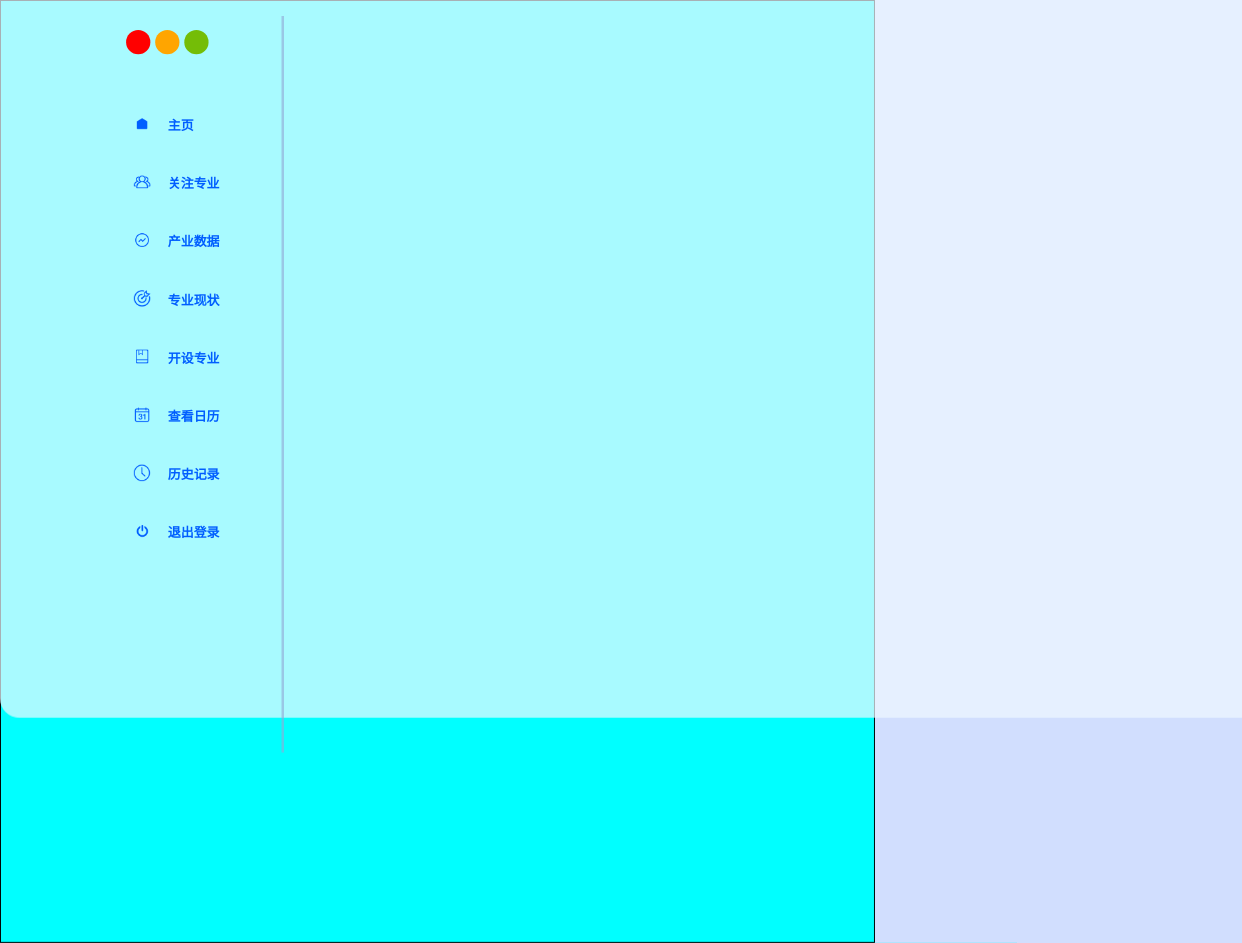
Repository: akaCSDN/test
Page: 2.1主页.html
The author's editor kept a copy of each file at every save. The page is drawn from the files as they stood at one save, then again after a run of saves.
The browser window is 1280 px wide. The pictures show the whole page, at 97% of full size.

Above is the page before, as saved 2022-12-03 21:57:17.

### 2.1主页.html
<!DOCTYPE html>
<html lang="en">
<head>
    <meta charset="UTF-8">
    <meta http-equiv="X-UA-Compatible" content="IE=edge">
    <meta name="viewport" content="width=device-width, initial-scale=1.0,minimum-scale=1.0,maximum-scale=1.0,user-scal=no">
    <title>Document</title>
    <script src="./JS/jquery-3.6.0.js"></script>
    <style type="text/css">
        *{
            margin: 0;
            padding: 0;
            border: 0;
        }
        .main{
            width: 1300px;
            height: 760px;
            /* border: 1px solid black; */
            border-radius: 20px;
            background-color: aliceblue;
            opacity: 0.7;
            position: fixed;
            top: 0;
            right: 0;
            bottom: 0;
            left: 0;
            margin: auto;

        }
        .left{
            width: 190px;
            height: 760px;
            border-radius: 20px 0px 0px 20px;
            border-right: 3px solid rgba(146, 169, 213, 0.622);
            /* border: 1px solid black; */
            position: absolute;
            margin-left: 100px;
            margin-top: 16px;
            position: fixed;
        }
        .circle-point{
            width: 100px;
            height: 30px;
            /* border: 1px solid black; */
            margin-left: 25px;
            margin-top: 15px;
        }
        .circle-point div{
            width: 25px;
            height: 25px;
            border-radius: 100% 100% 100% 100%;
            float: left;
            opacity: 1;
            /* position: absolute; */
            margin-left: 5px;

        }
        .button{
            width: auto;
            height: auto;
            /* border: 1px solid black; */
            margin-top: 50px;


        }
        .button li{
            list-style-type: none;
            /* border: 1px solid black; */
            margin-top: 25px;
            width: 150px;
            margin-left: 13px;
            border-radius: 10px;
            /* background-color: rgb(255, 255, 255); */
            /* display:none ; */

        }
        .button button{
            width: 90px;
            height: 35px;
            text-align: left;
            margin-left: 60px;
            /* color: rgba(0, 94, 255, 0.909); */
            color: #005EFF;
            font-weight: 600;
            /* margin-top: 30px; */
            background: none;
            pointer-events: fill;


        }
        .button img{
            width: 17px;
            height: 17px;
            position: absolute;
            margin-top: 8px;
            margin-left: 25px;
        }
        .right{
            width: 900px;
            height: 970px;
            border: 1px solid black;
            background-color: aqua;
        }
    </style>
</head>
<body style="background-color: rgb(209, 222, 254);">

    <div class="main">
    </div>
    <div class="left">
        <div class="circle-point">
            <div style="background-color: red;"></div>
            <div style="background-color: orange;"></div>
            <div style="background-color:rgb(116, 189, 7);"></div>
        </div>
        <div class="button">
                <li><img src="./icon/主页.png" alt=""><button>主页</button></li>
                <li><img src="./icon/专业.png" alt=""><button>关注专业</button></li>
                <li><img src="./icon/数据.png" alt=""><button>产业数据</button></li>
                <li><img src="./icon/现状.png" alt=""><button>专业现状</button></li>
                <li><img src="./icon/开设.png" alt=""><button>开设专业</button></li>
                <li><img src="./icon/日历.png" alt=""><button>查看日历</button></li>
                <li><img src="./icon/历史.png" alt=""><button>历史记录</button></li>
                <li><img src="./icon/退出.png" alt=""><button>退出登录</button></li>
        </div>
    </div>
    <div class="right">

    </div>


</body>
<script>
    $(document).ready(function(){
            $(".button li").mouseover(function(){
                $(this).css("background-color","white")


        })

        $(".button li").mouseleave(function(){
                $(this).css("background","none")
        })
        $(".button li").click(function(){
            var name=$(this).text();
            switch (name) {
                case '关注专业':

                    break;

                default:
                    break;
            }
        })

    })
</script>
</html>

Loaded but not shown: JS/jquery-3.6.0.js (library)

After the next 2 saves:
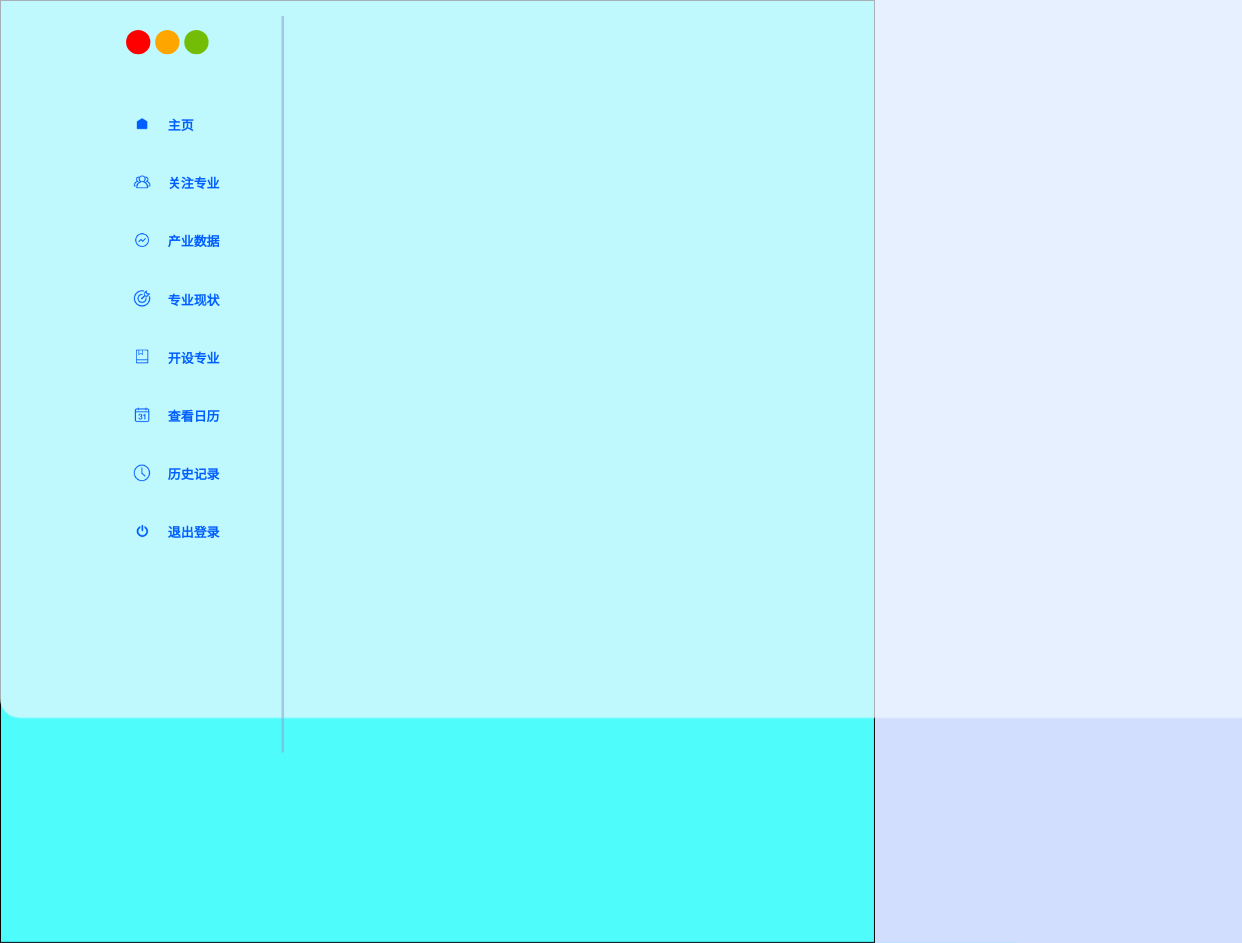
The 2 saves are shown as one change because they came seconds apart.
The last was saved 23 s later.
--- a/2.1主页.html
+++ b/2.1主页.html
@@ -99,7 +99,7 @@
             width: 900px;
             height: 970px;
             border: 1px solid black;
-            background-color: aqua;
+            background-color: rgb(78, 252, 252);
         }
     </style>
 </head>
